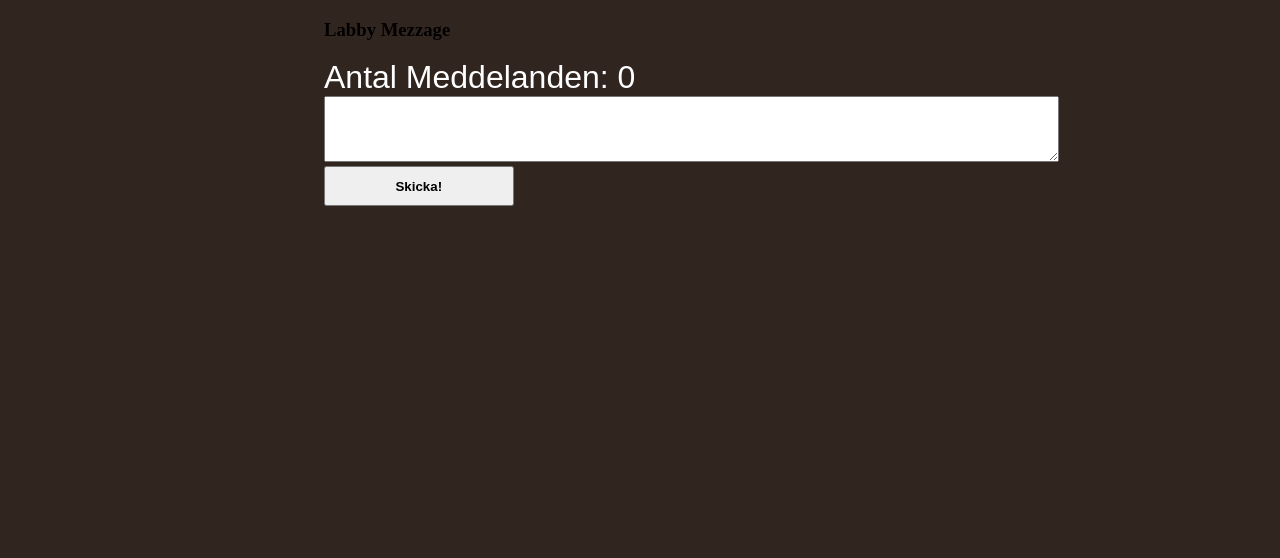
Repository: dg222dm/1dv403-laborationer
Page: 2-labbymezzage/index.html
The author's editor kept a record of every edit. The page is drawn from the files as they stood at one moment, then again after the next edit.
The browser window is 1280 px wide. The pictures show the whole page.

Above is the page before.

### 2-labbymezzage/index.html
<!DOCTYPE html>
<html>
    <head>
        <title>Labby Mezzage</title>

        <link rel="stylesheet"  href="css/stylesheet.css" media="screen" />
    </head>


    <body>


        <main>

        <h3>Labby Mezzage</h3>
        <div id="numberOfMessages">Antal Meddelanden: 0</div>
        <textarea id="textarea" rows="4" cols="50" ></textarea>
        <input id="button" type="submit" value="Skicka!" />
        <div id="messageArea"></div>


        </main>
        <script src="script/Message.js"></script>  <!-- Varför måste detta vara här?  -->
        <script src="script/MessageBoard.js"></script>
    </body>
</html>

### 2-labbymezzage/css/stylesheet.css
main
{
    width:50%;
    display:block;
    margin-left:auto;
    margin-right:auto;
}



.timeImg
{
    height:32px;
    width:32px;
    min-height:32px;
    min-width:32px;
}

#numberOfMessages{
    font-size:32px;
    font-family:sans-serif;
    color:white;
}

body
{
    background-color:#312520;
}

#messageArea
{
    font-family:sans-serif;
    color:white;
    font-size:32px;
}

#textarea
{
    width:729px;
    max-width:729px;
    max-height:60px;
}
#banner
{
    display: block;
    margin-left: auto;
    margin-right: auto;
}

#button
{
    font-weight:bold;
    width:30%;
    height:40px;

}

### 2-labbymezzage/script/Message.js
"use strict";

//Konstruktor
function Message(message, date){

    this.getText = function(){
        return message;
    };

    this.setText = function(_text){
        message = _text;
    };

    this.getDate = function(){
        return date;
    };

    this.setdate = function(_date){
        date = _date;
    };

}

Message.prototype.toString = function(){
    return this.getText()+" ("+this.getDate()+")";
};

Message.prototype.getHTMLText = function(){
    return this.getText().replace(/[\n\r]/g, "<br/>");
};

Message.prototype.getDateText = function(){
    var Hour = this.getDate().getHours();
    var Minutes = this.getDate().getMinutes();
    var Seconds = this.getDate().getSeconds();
    if (Minutes < 10)
    {
        Minutes = "0"+Minutes;
    }
        if (Seconds < 10)
    {
        Seconds = "0"+Seconds;
    }

    return +Hour+":"+Minutes+":"+Seconds;
};

### 2-labbymezzage/script/MessageBoard.js
"use strict";

var MessageBoard = {

    messages: [],
    amountOfMessages: 0,
    init: function(){

        var button = document.getElementById("button");
        button.onclick = MessageBoard.createMessage;

        var entersend = document.getElementById("textarea");
        entersend.onkeypress=function(e){if (e.keyCode == 13 && !e.shiftKey && document.getElementById("textarea").value !== ""){
                e.preventDefault();
                MessageBoard.createMessage();
                }
                if (e.keyCode == 13 && document.getElementById("textarea").value === "")
                {e.preventDefault()}
        };

    },

    createMessage:function(){

        var input = document.getElementById("textarea").value; //spara det som skrivs i textarea till value

        MessageBoard.messages.push(new Message(input, new Date())); //skapa nytt objekt och pusha det till arrayn

        MessageBoard.amountOfMessages += 1;

        document.getElementById("numberOfMessages").innerHTML = "Antal Meddelanden: " + MessageBoard.messages.length;
        MessageBoard.renderMessage(MessageBoard.messages.length-1); //Kalla på renderMessage med arrayns längd - 1

    },

    renderMessage: function(messageID){

        var deleteImg = document.createElement("img");
        var timeImg = document.createElement("img");

        deleteImg.src = "delete.png";
        timeImg.src = "klocka.gif";


        var text = document.createElement("p");
        text.innerHTML = MessageBoard.messages[messageID].getHTMLText();

        var timeStamp = document.createElement("p");

        timeStamp.innerHTML = MessageBoard.messages[messageID].getDateText();

        messageArea.appendChild(text);
        text.appendChild(timeStamp);

        text.appendChild(timeImg);
        text.appendChild(deleteImg);

        deleteImg.className = "deleteImg";
        timeImg.className = "timeImg";

        deleteImg.addEventListener("click", function(e){
            if(confirm("Vill du ta bort detta meddelande?"))
            {
                MessageBoard.amountOfMessages = MessageBoard.amountOfMessages -1;
            }
            text.parentNode.removeChild(text);
            document.getElementById("numberOfMessages").innerHTML = "Antal Meddelanden: "+MessageBoard.amountOfMessages;
        });

        timeImg.addEventListener("click", function(e){
            alert(MessageBoard.messages[messageID].getDate());
        });
    }
};

window.onload = MessageBoard.init; //Säger till webbläsaren när alla resureser är färdigladdade och refererar då till functionen i MessageBoard.

After the next edit:
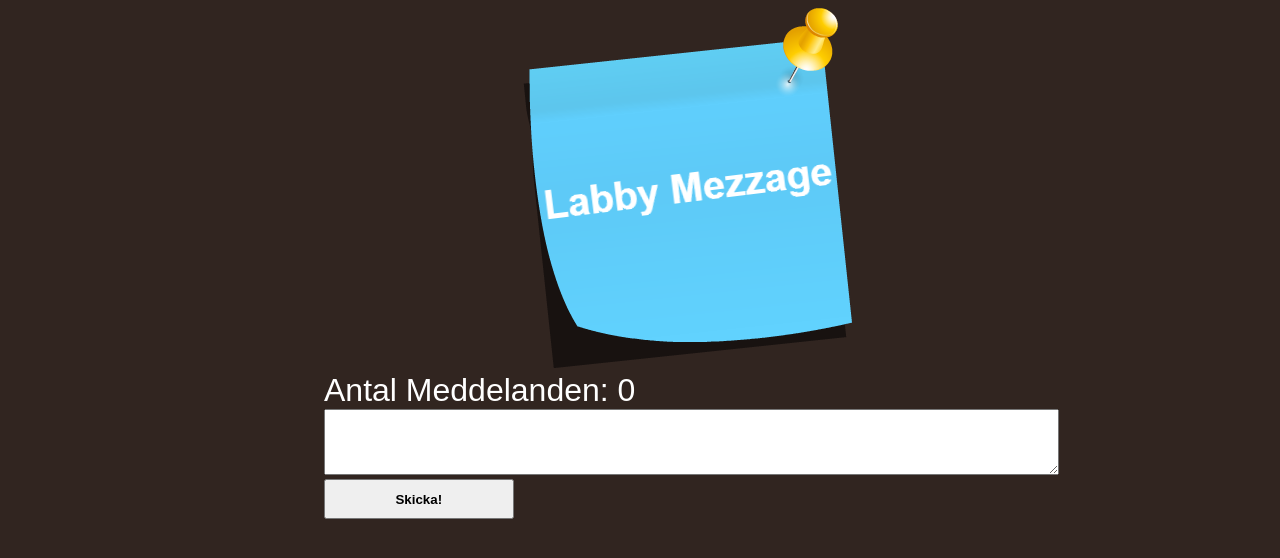
The edit:
--- a/2-labbymezzage/index.html
+++ b/2-labbymezzage/index.html
@@ -12,7 +12,7 @@
 
         <main>
 
-        <h3>Labby Mezzage</h3>
+        <img div="banner" alt="Labby Mezzage" src="banner.png">
         <div id="numberOfMessages">Antal Meddelanden: 0</div>
         <textarea id="textarea" rows="4" cols="50" ></textarea>
         <input id="button" type="submit" value="Skicka!" />
